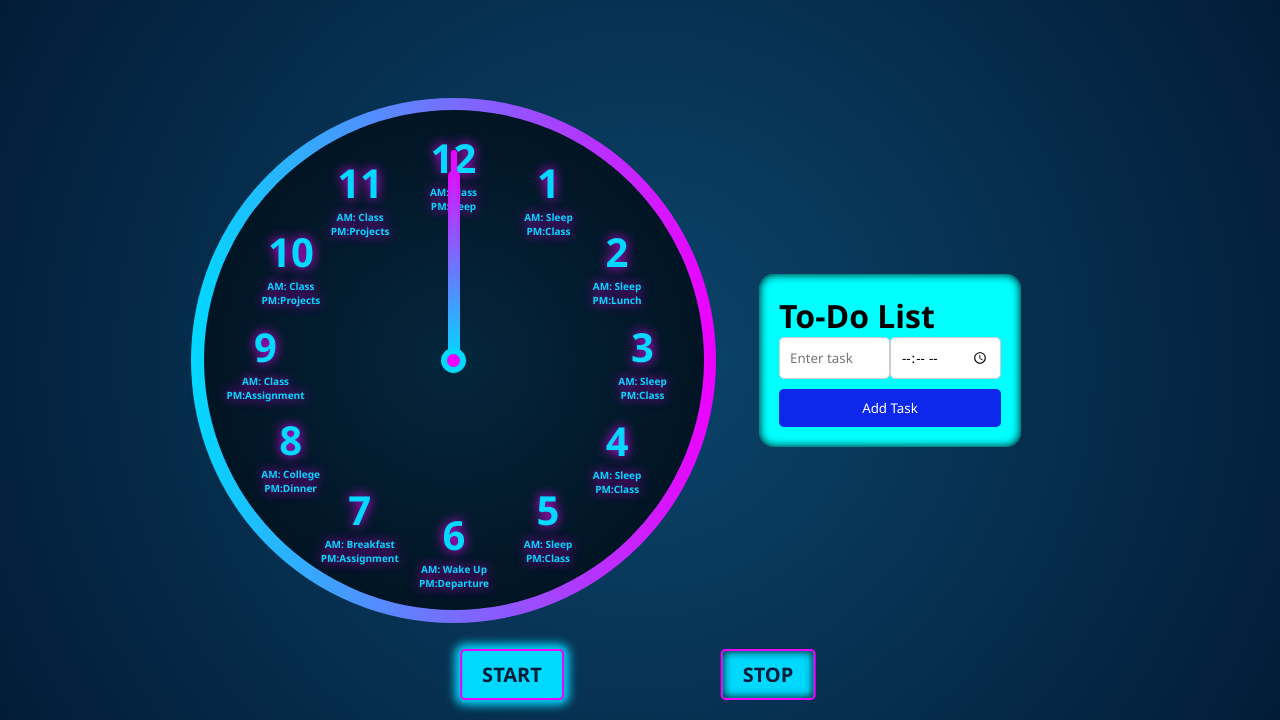
Repository: Suryansh-D/Cool-Clock
Page: index.html
These files come from the project's save history. The page is drawn as it stood at one moment and after the next save; the edit follows.
The browser window is 1280 px wide. The pictures show the whole page.

Above is the page before, as saved 2024-01-30 18:49:18.

After the next save:
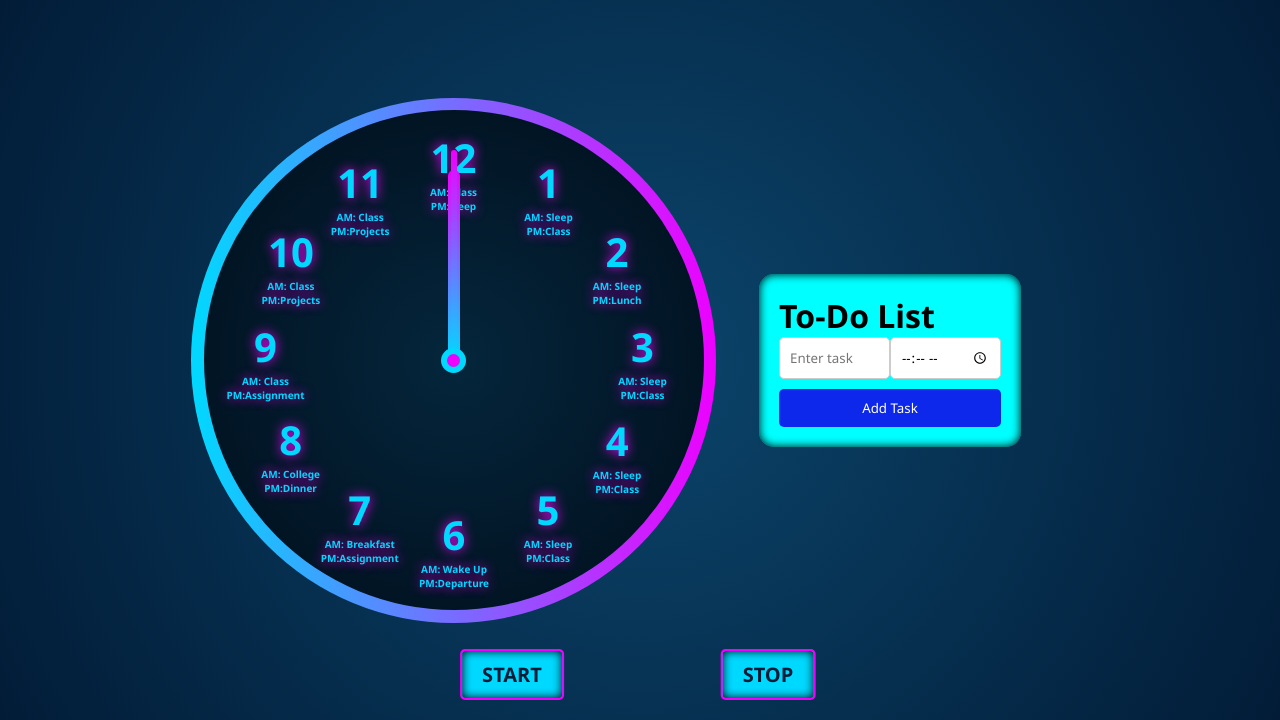
Saved 16 s later.
--- a/style.css
+++ b/style.css
@@ -96,7 +96,7 @@ body{
     font-weight: 500;
     cursor: pointer;
     transition: all 0.3s ease;
-    box-shadow: 0 0 10px 5px #00d9ff;
+    box-shadow: inset 0 0 10px #000;
 }
 .stop-btn{
     position: absolute;
